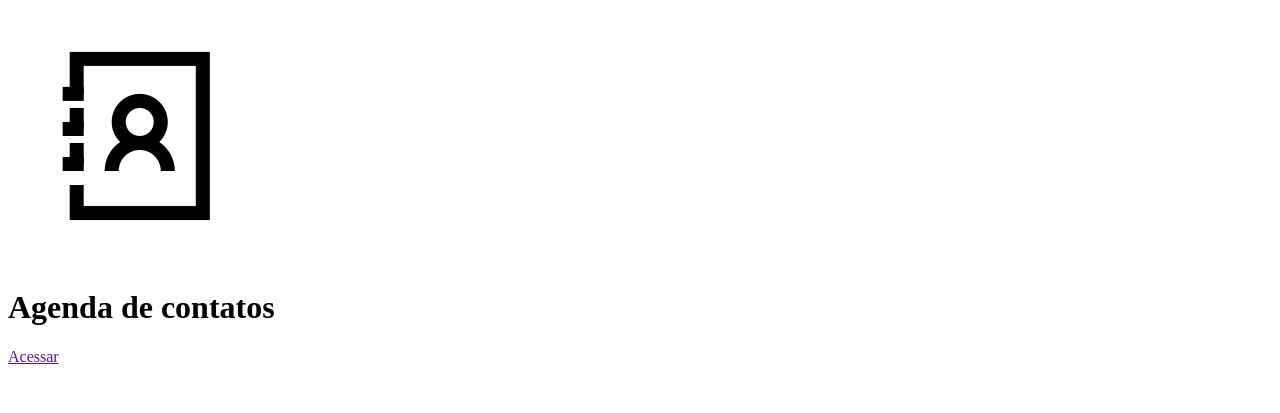
Repository: sergiotales1/agendactt-java
Page: http://localhost/agenda/
An editor plug-in stored every save of this project. The page is shown before and after the next save, followed by the edit.
The browser window is 1280 px wide. The pictures show the whole page.
The page is served by Tomcat 9.

Above is the page before, as saved 2023-11-25 14:13:54.

After the next save:
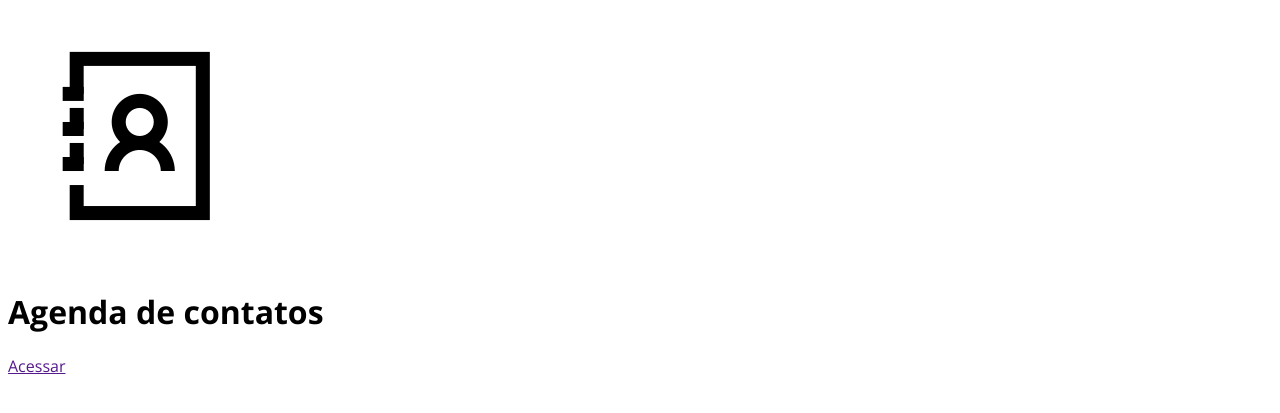
Saved 33 s later.
--- a/agenda/src/main/webapp/style.css
+++ b/agenda/src/main/webapp/style.css
@@ -1,2 +1,6 @@
 @charset "UTF-8";
 @import url('https://fonts.googleapis.com/css2?family=Open+Sans:wght@400;700&display=swap');
+
+body {
+font-family: 'Open Sans', sans-serif;
+}
